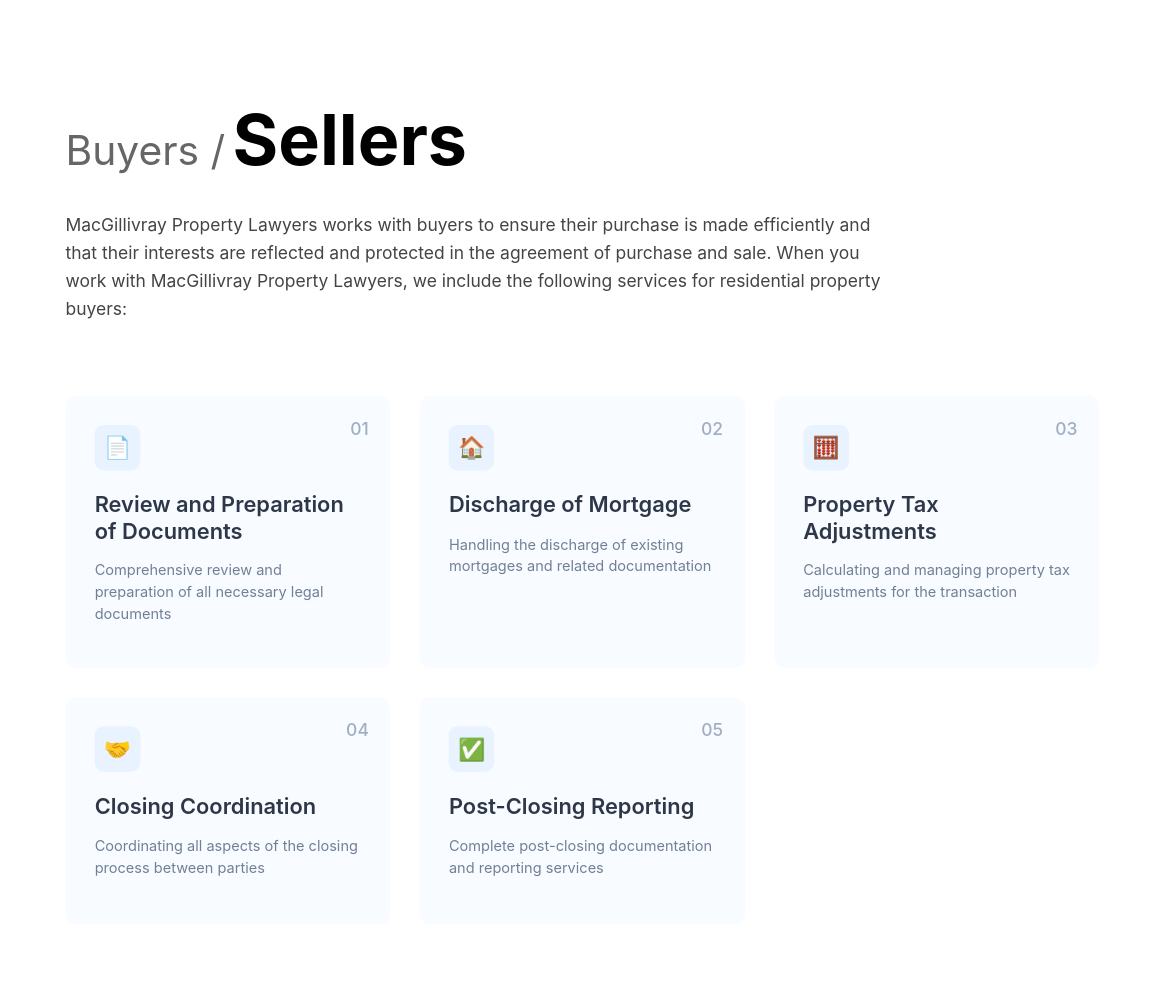
Repository: mibma/alphavent
Page: /sellers
An editor plug-in stored every save of this project. The page is shown before and after the next save, followed by the edit.
The browser window is 1280 px wide. The pictures show the whole page, at 91% of full size.
The project was rebuilt for these pictures with package versions that can differ from the ones it lists, and the page was loaded fresh each time. The framework's server and built-in components were replaced by stand-ins that run in the browser.

Above is the page before, as saved 2025-04-22 23:04:29.

### pages/_app.js
import '../styles/globals.css'

function MyApp({ Component, pageProps }) {
  return <Component {...pageProps} />
}

export default MyApp

### pages/sellers.js
import styles from '../styles/Sellers.module.css';
import Head from 'next/head';

const services = [
  {
    id: '01',
    title: 'Review and Preparation of Documents',
    description: 'Comprehensive review and preparation of all necessary legal documents',
    icon: '📄'
  },
  {
    id: '02',
    title: 'Discharge of Mortgage',
    description: 'Handling the discharge of existing mortgages and related documentation',
    icon: '🏠'
  },
  {
    id: '03',
    title: 'Property Tax Adjustments',
    description: 'Calculating and managing property tax adjustments for the transaction',
    icon: '🧮'
  },
  {
    id: '04',
    title: 'Closing Coordination',
    description: 'Coordinating all aspects of the closing process between parties',
    icon: '🤝'
  },
  {
    id: '05',
    title: 'Post-Closing Reporting',
    description: 'Complete post-closing documentation and reporting services',
    icon: '✅'
  }
];

export default function Services() {
  return (
    <div className={styles.container}>
      <Head>
        <title>Working with Buyers/Sellers | MacGillivray Property Lawyers</title>
        <meta name="description" content="Professional property law services for buyers and sellers" />
      </Head>

      <main className={styles.main}>
        <div className={styles.header}>
          <h1 className={styles.title}>
            <span className={styles.smallTitle}>Buyers /</span>
            <span className={styles.largeTitle}>Sellers</span>
          </h1>

          <p className={styles.description}>
            MacGillivray Property Lawyers works with buyers to ensure their purchase is made efficiently and that their interests are reflected and protected in the agreement of purchase and sale. When you work with MacGillivray Property Lawyers, we include the following services for residential property buyers:
          </p>
        </div>

        <div className={styles.servicesGrid}>
          {services.map((service) => (
            <div key={service.id} className={styles.serviceCard}>
              <div className={styles.serviceContent}>
                <div className={styles.iconContainer}>
                  <span className={styles.icon}>{service.icon}</span>
                </div>
                <h3 className={styles.serviceTitle}>{service.title}</h3>
                <p className={styles.serviceDescription}>{service.description}</p>
              </div>
              <div className={styles.serviceNumber}>{service.id}</div>
            </div>
          ))}
        </div>
      </main>
    </div>
  );
}

### styles/globals.css
html,
body {
  padding: 0;
  margin: 0;
  font-family: -apple-system, BlinkMacSystemFont, Segoe UI, Roboto, Oxygen,
    Ubuntu, Cantarell, Fira Sans, Droid Sans, Helvetica Neue, sans-serif;
}

a {
  color: inherit;
  text-decoration: none;
}

* {
  box-sizing: border-box;
}

### styles/Sellers.module.css
.container {
  max-width: 1200px;
  margin: 0 auto;
  padding: 2rem;
}

.main {
  min-height: 100vh;
  padding: 2rem 0;
}

.header {
  margin-bottom: 4rem;
}

.title {
  font-size: clamp(2.5rem, 5vw, 4rem);
  margin-bottom: 2rem;
  display: flex;
  align-items: baseline;
  gap: 0.5rem;
  font-weight: 700;
}

.smallTitle {
  font-size: 0.7em;
  color: #666;
  font-weight: 400;
}

.largeTitle {
  font-size: 1.2em;
  color: #000;
}

.description {
  font-size: 1.2rem;
  line-height: 1.6;
  color: #444;
  max-width: 900px;
  margin-bottom: 3rem;
}

.servicesGrid {
  display: grid;
  grid-template-columns: repeat(auto-fit, minmax(280px, 1fr));
  gap: 2rem;
  padding: 1rem 0;
}

.serviceCard {
  background-color: #f8fbff;
  border-radius: 12px;
  padding: 2rem;
  position: relative;
  transition: all 0.3s ease;
  min-height: 250px;
  display: flex;
  flex-direction: column;
}

.serviceCard:hover {
  transform: translateY(-5px);
  box-shadow: 0 10px 20px rgba(0, 0, 0, 0.05);
}

.serviceContent {
  flex: 1;
}

.iconContainer {
  background-color: #e8f3ff;
  width: 50px;
  height: 50px;
  border-radius: 10px;
  display: flex;
  align-items: center;
  justify-content: center;
  margin-bottom: 1.5rem;
}

.icon {
  font-size: 1.5rem;
}

.serviceNumber {
  position: absolute;
  top: 1.5rem;
  right: 1.5rem;
  color: #a0aec0;
  font-size: 1.2rem;
  font-weight: 500;
}

.serviceTitle {
  font-size: 1.5rem;
  margin-bottom: 1rem;
  font-weight: 600;
  color: #2d3748;
  line-height: 1.2;
}

.serviceDescription {
  color: #718096;
  line-height: 1.5;
}

@media (max-width: 768px) {
  .container {
    padding: 1rem;
  }

  .title {
    flex-direction: column;
    align-items: flex-start;
    gap: 0;
  }

  .servicesGrid {
    grid-template-columns: 1fr;
  }

  .serviceCard {
    min-height: auto;
  }
}

### styles/Home.module.css
.container {
  max-width: 1200px;
  margin: 0 auto;
  padding: 2rem;
}

.nav {
  display: flex;
  justify-content: flex-end;
  padding: 1rem 0;
}

.navLink {
  color: #0070f3;
  text-decoration: none;
  font-size: 1.1rem;
  transition: color 0.3s ease;
}

.navLink:hover {
  color: #0051b3;
}

.main {
  min-height: 100vh;
  padding: 1rem 0;
}

.header {
  margin-bottom: 4rem;
}

.title {
  margin-bottom: 2rem;
}

.mainTitle {
  display: block;
  font-size: 1.2rem;
  color: #666;
  margin-bottom: 0.5rem;
  letter-spacing: 0.1em;
}

.titleRow {
  display: flex;
  align-items: baseline;
  gap: 1rem;
}

.largeTitle {
  font-size: clamp(3rem, 8vw, 5rem);
  font-weight: 700;
  color: #000;
}

.divider {
  font-size: 2.5rem;
  color: #666;
  font-weight: 300;
}

.smallTitle {
  font-size: 2.5rem;
  color: #666;
  font-weight: 300;
  text-decoration: none;
  transition: color 0.3s ease;
}

.smallTitle:hover {
  color: #000;
}

.description {
  font-size: 1.2rem;
  line-height: 1.6;
  color: #444;
  max-width: 900px;
  margin-bottom: 3rem;
}

.servicesGrid {
  display: grid;
  grid-template-columns: repeat(auto-fit, minmax(280px, 1fr));
  gap: 2rem;
  padding: 1rem 0;
}

.serviceCard {
  background-color: #f8fbff;
  border-radius: 12px;
  padding: 2rem;
  position: relative;
  transition: all 0.3s ease;
  min-height: 250px;
  display: flex;
  flex-direction: column;
}

.serviceCard:hover {
  transform: translateY(-5px);
  box-shadow: 0 10px 20px rgba(0, 0, 0, 0.05);
}

.serviceContent {
  flex: 1;
}

.iconContainer {
  background-color: #e8f3ff;
  width: 50px;
  height: 50px;
  border-radius: 10px;
  display: flex;
  align-items: center;
  justify-content: center;
  margin-bottom: 1.5rem;
}

.icon {
  font-size: 1.5rem;
}

.serviceNumber {
  position: absolute;
  top: 1.5rem;
  right: 1.5rem;
  color: #a0aec0;
  font-size: 1.2rem;
  font-weight: 500;
}

.serviceTitle {
  font-size: 1.5rem;
  margin-bottom: 1rem;
  font-weight: 600;
  color: #2d3748;
  line-height: 1.2;
}

.serviceDescription {
  color: #718096;
  line-height: 1.5;
}

@media (max-width: 768px) {
  .container {
    padding: 1rem;
  }

  .titleRow {
    flex-direction: column;
    gap: 0.5rem;
  }

  .divider {
    display: none;
  }

  .smallTitle {
    font-size: 2rem;
  }

  .servicesGrid {
    grid-template-columns: 1fr;
  }

  .serviceCard {
    min-height: auto;
  }
}

After the next save:
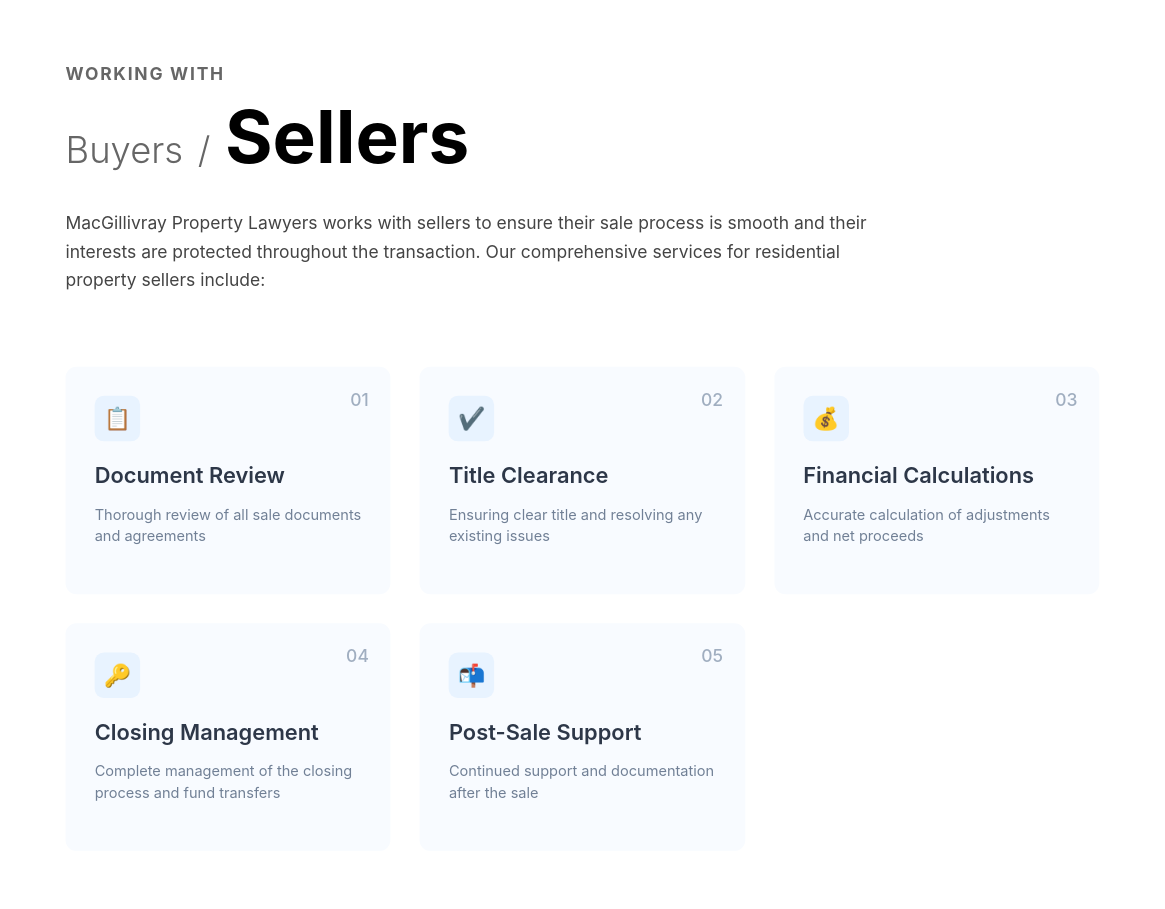
Saved 29 s later.
--- a/pages/sellers.js
+++ b/pages/sellers.js
@@ -1,61 +1,66 @@
-import styles from '../styles/Sellers.module.css';
+import styles from '../styles/Home.module.css';
 import Head from 'next/head';
+import Link from 'next/link';
 
-const services = [
+const sellerServices = [
   {
     id: '01',
-    title: 'Review and Preparation of Documents',
-    description: 'Comprehensive review and preparation of all necessary legal documents',
-    icon: '📄'
+    title: 'Document Review',
+    description: 'Thorough review of all sale documents and agreements',
+    icon: '📋'
   },
   {
     id: '02',
-    title: 'Discharge of Mortgage',
-    description: 'Handling the discharge of existing mortgages and related documentation',
-    icon: '🏠'
+    title: 'Title Clearance',
+    description: 'Ensuring clear title and resolving any existing issues',
+    icon: '✔️'
   },
   {
     id: '03',
-    title: 'Property Tax Adjustments',
-    description: 'Calculating and managing property tax adjustments for the transaction',
-    icon: '🧮'
+    title: 'Financial Calculations',
+    description: 'Accurate calculation of adjustments and net proceeds',
+    icon: '💰'
   },
   {
     id: '04',
-    title: 'Closing Coordination',
-    description: 'Coordinating all aspects of the closing process between parties',
-    icon: '🤝'
+    title: 'Closing Management',
+    description: 'Complete management of the closing process and fund transfers',
+    icon: '🔑'
   },
   {
     id: '05',
-    title: 'Post-Closing Reporting',
-    description: 'Complete post-closing documentation and reporting services',
-    icon: '✅'
+    title: 'Post-Sale Support',
+    description: 'Continued support and documentation after the sale',
+    icon: '📬'
   }
 ];
 
-export default function Services() {
+export default function SellerPage() {
   return (
     <div className={styles.container}>
       <Head>
-        <title>Working with Buyers/Sellers | MacGillivray Property Lawyers</title>
-        <meta name="description" content="Professional property law services for buyers and sellers" />
+        <title>Working with Sellers | MacGillivray Property Lawyers</title>
+        <meta name="description" content="Professional property law services for sellers" />
       </Head>
 
       <main className={styles.main}>
         <div className={styles.header}>
           <h1 className={styles.title}>
-            <span className={styles.smallTitle}>Buyers /</span>
-            <span className={styles.largeTitle}>Sellers</span>
+            <span className={styles.mainTitle}>WORKING WITH</span>
+            <div className={styles.titleRow}>
+              <Link href="/" className={styles.smallTitle}>Buyers</Link>
+              <span className={styles.divider}>/</span>
+              <span className={styles.largeTitle}>Sellers</span>
+            </div>
           </h1>
 
           <p className={styles.description}>
-            MacGillivray Property Lawyers works with buyers to ensure their purchase is made efficiently and that their interests are reflected and protected in the agreement of purchase and sale. When you work with MacGillivray Property Lawyers, we include the following services for residential property buyers:
+            MacGillivray Property Lawyers works with sellers to ensure their sale process is smooth and their interests are protected throughout the transaction. Our comprehensive services for residential property sellers include:
           </p>
         </div>
 
         <div className={styles.servicesGrid}>
-          {services.map((service) => (
+          {sellerServices.map((service) => (
             <div key={service.id} className={styles.serviceCard}>
               <div className={styles.serviceContent}>
                 <div className={styles.iconContainer}>
